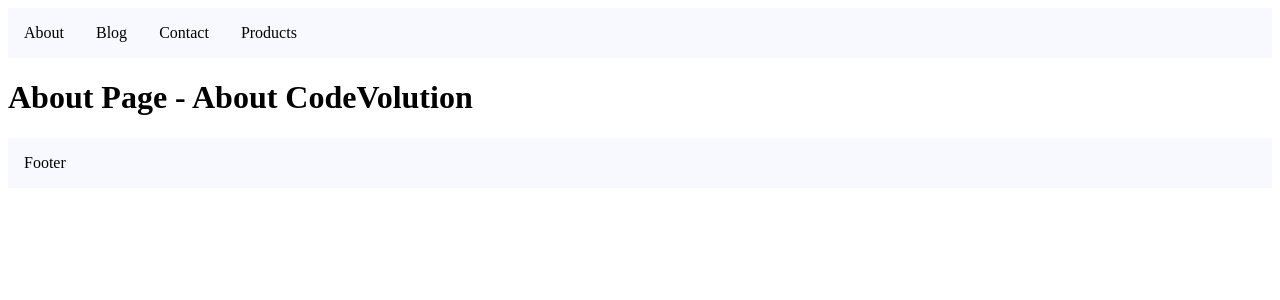
Repository: Mbote-Joseph/Nextjs-Learning
Page: /about
The author's editor kept a copy of each file at every save. The page is drawn from the files as they stood at one save, then again after the next save.
The browser window is 1280 px wide. The pictures show the whole page.
The project was rebuilt for these pictures with package versions that can differ from the ones it lists, and the page was loaded fresh each time. The framework's server and built-in components were replaced by stand-ins that run in the browser. Also part of the build but not shown: next.config.mjs.

Above is the page before, as saved 2024-09-17 18:14:37.

After the next save:
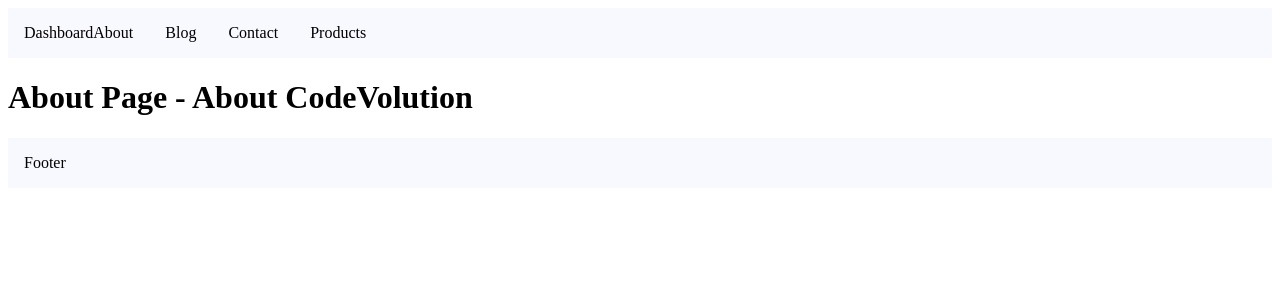
Saved 19 s later.
--- a/src/app/header.tsx
+++ b/src/app/header.tsx
@@ -11,7 +11,7 @@
             padding: "1rem",
         }}>
             <a onClick={()=>router.push("./dashboard")}>
-
+                Dashboard
             </a>
             <Link style={{
                     color: "black",
